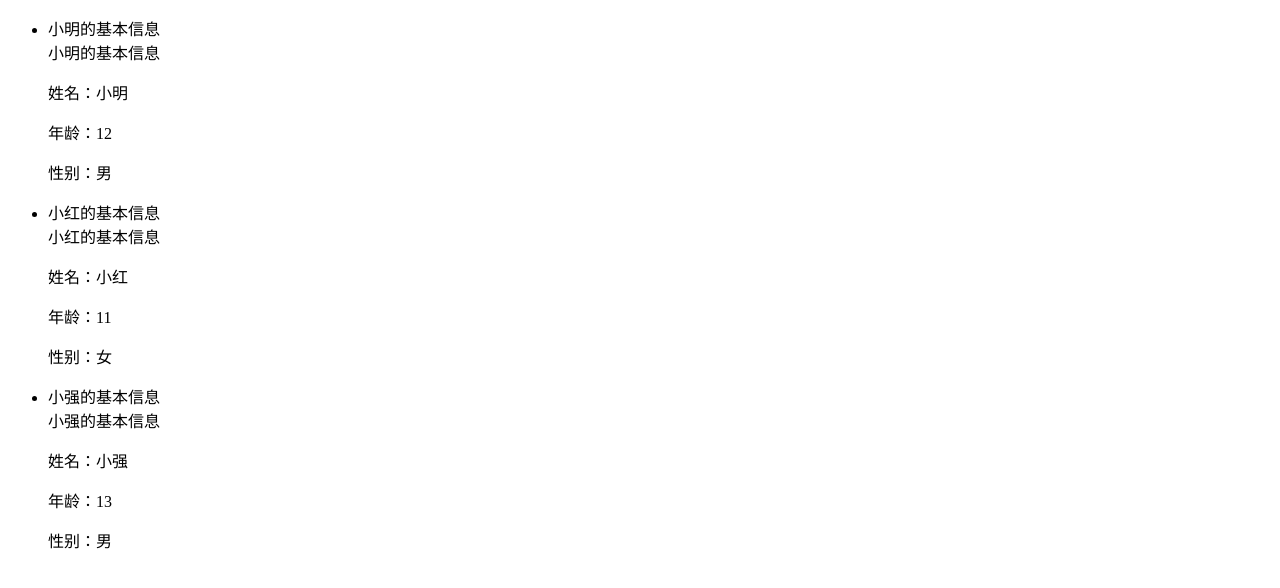
Repository: wanghuan19961020/Vue2.x-Study-Notes
Page: Vue2.x-mustache模板引擎/mustache-study/01_数据变为视图-纯DOM法.html
The author's editor kept a copy of each file at every save. The page is drawn from the files as they stood at one save, then again after the next save.
The browser window is 1280 px wide. The pictures show the whole page.

Above is the page before, as saved 2021-02-04 16:29:43.

### Vue2.x-mustache模板引擎/mustache-study/01_数据变为视图-纯DOM法.html
<!DOCTYPE html>
<html lang="en">

<head>
  <meta charset="UTF-8">
  <meta name="viewport" content="width=device-width, initial-scale=1.0">
  <title>01_数据变为视图-纯DOM法</title>
</head>

<body>
  <ul id="list"></ul>
  <script>
    var arr = [
      { name: '小明', age: 12, sex: '男' },
      { name: '小红', age: 11, sex: '女' },
      { name: '小强', age: 13, sex: '男' },
    ]
    var list = document.getElementById('list')
    for (let i = 0; i < arr.length; i++) {
      // 每遍历一项，都要用 DOM 方法去创建 li 标签
      let oLi = document.createElement('li')
      // 创建 hd 这个 div
      let hdDiv = document.createElement('div')
      hdDiv.className = 'hd'
      hdDiv.innerText = arr[i].name + '的基本信息'
      oLi.appendChild(hdDiv)
      // 创建 bd 这个 div
      let bdDiv = document.createElement('div')
      bdDiv.className = 'bd'
      bdDiv.innerText = arr[i].name + '的基本信息'
      // 创建 3 个 p
      let p1 = document.createElement('p')
      p1.innerText = '姓名：' + arr[i].name
      bdDiv.appendChild(p1)
      let p2 = document.createElement('p')
      p2.innerText = '年龄：' + arr[i].age
      bdDiv.appendChild(p2)
      let p3 = document.createElement('p')
      p3.innerText = '性别：' + arr[i].sex
      bdDiv.appendChild(p3)
      oLi.appendChild(bdDiv)
      // 内部文字
      // oLi.innerHTML = arr[i].name
      // 创建的节点是孤儿节点，所以必须要上树才能让用户看见
      list.appendChild(oLi)
    }
  </script>

</body>

</html>

After the next save:
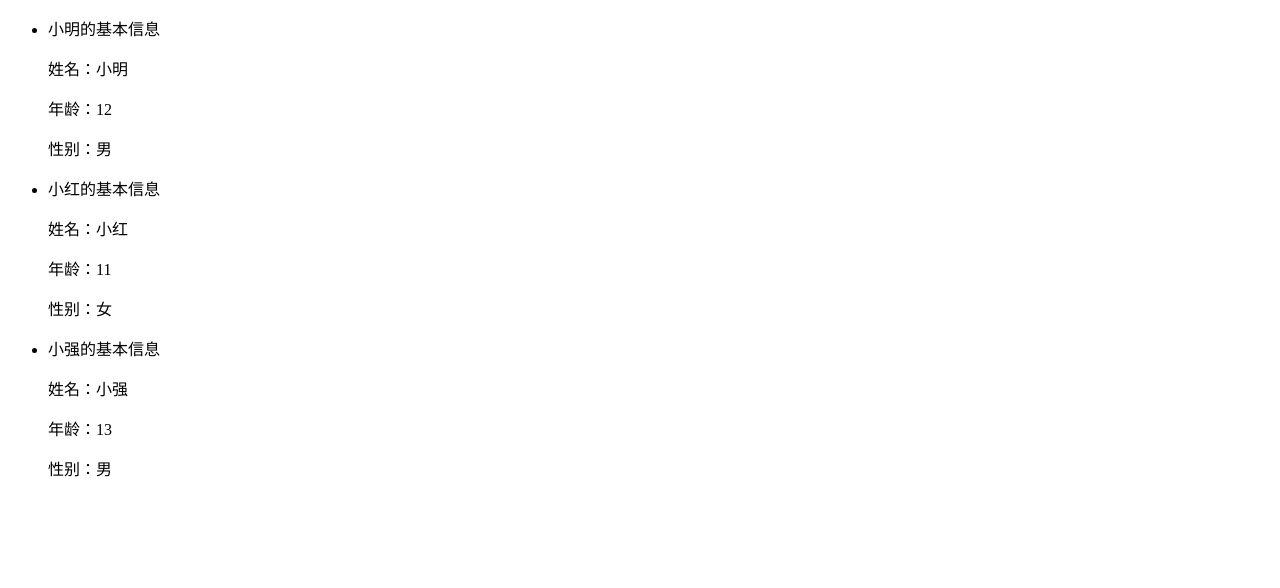
Saved 22 s later.
--- a/Vue2.x-mustache模板引擎/mustache-study/01_数据变为视图-纯DOM法.html
+++ b/Vue2.x-mustache模板引擎/mustache-study/01_数据变为视图-纯DOM法.html
@@ -27,7 +27,7 @@
       // 创建 bd 这个 div
       let bdDiv = document.createElement('div')
       bdDiv.className = 'bd'
-      bdDiv.innerText = arr[i].name + '的基本信息'
+      // bdDiv.innerText = arr[i].name + '的基本信息'
       // 创建 3 个 p
       let p1 = document.createElement('p')
       p1.innerText = '姓名：' + arr[i].name
